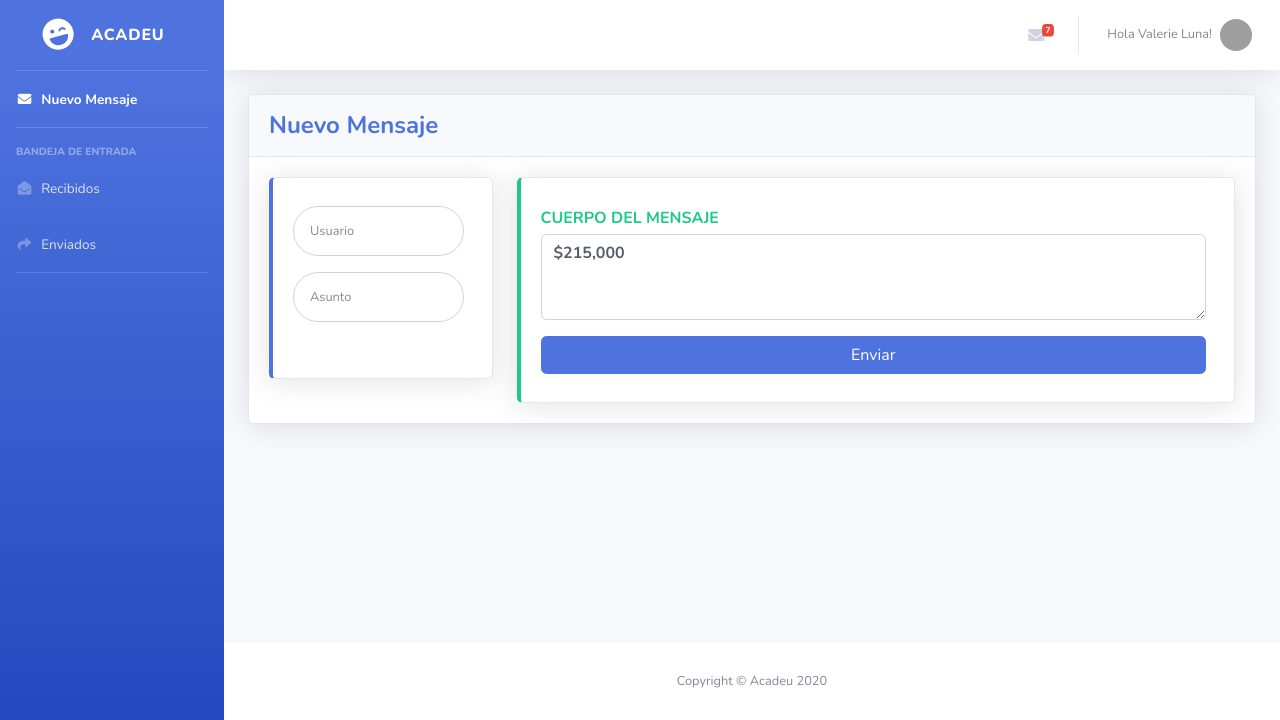
Repository: nicolask92/spring_java_test
Page: http://localhost/nuevo-mensaje
These files come from the project's save history. The page is drawn as it stood at one moment and after the next save; the edit follows.
The browser window is 1280 px wide. The pictures show the whole page.
Pictures or frames that could not be fetched are drawn as grey boxes. The page is this project's Thymeleaf template; nobody is signed in. The template is opened directly, without the code that normally fills it, so the values that code supplies are empty.

Above is the page before, as saved 2020-06-13 21:52:59.

After the next save:
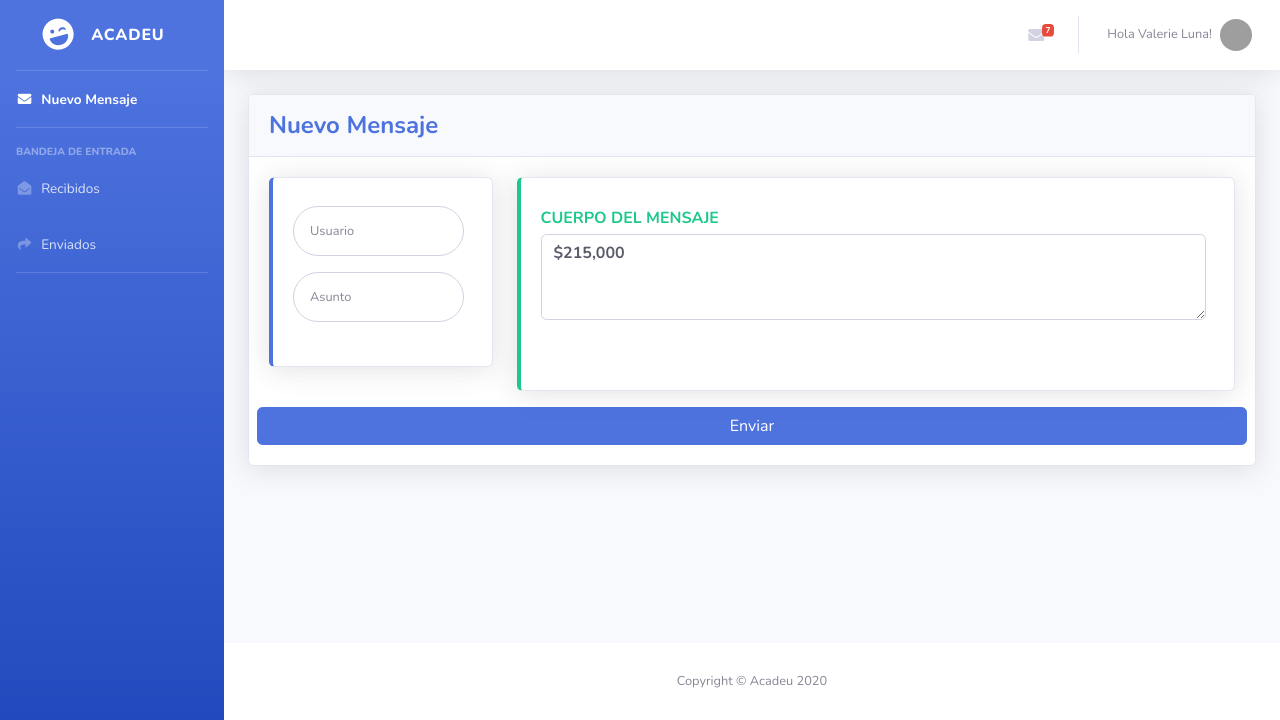
Saved 2 min 16 s later.
--- a/spring-tutorial/src/main/resources/templates/nuevo-mensaje.html
+++ b/spring-tutorial/src/main/resources/templates/nuevo-mensaje.html
@@ -240,14 +240,15 @@
 													<textarea
 														class="form-control h6 mb-0 font-weight-bold text-gray-800"
 														id="Textarea" rows="3">$215,000</textarea>
-														<a href="index.html"
-															class="btn mt-3 btn-primary btn-user btn-block"> Enviar </a>
-												</div>
+														</div>
 												</form>
 											</div>
 										</div>
 									</div>
 								</div>
+								<a href="index.html"
+															class="btn mt-3 btn-primary btn-user btn-block"> Enviar </a>
+
 							</div>
 						</div>
 					</div>
